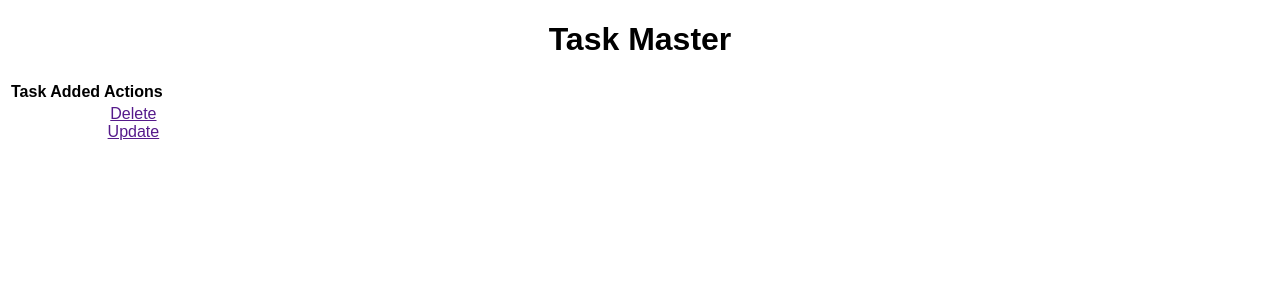
Repository: AnkurDevv/PythonFlask-TaskMaster
Page: http://localhost/
These files come from the project's save history. The page is drawn as it stood at one moment and after the next save; the edit follows.
The browser window is 1280 px wide. The pictures show the whole page.
The page is served by the project's application, run on Flask 3 (app.py).

Above is the page before, as saved 2020-02-24 16:02:20.

### templates/index.html
{% extends 'base.html' %}

{% block head %}

{% endblock %}

{% block body %}
<div class="content" style="text-align: center">
  <h1>Task Master</h1>

  <table style="text-align: center">
    <tr>
      <th>Task</th>
      <th>Added</th>
      <th>Actions</th>
    </tr>
    <tr>
      <td></td>
      <td></td>
      <td>
        <a href="">Delete</a>
        <br>
        <a href="">Update</a>
      </td>
    </tr>
  </table>
</div>
{% endblock %}

### templates/base.html
<!DOCTYPE html>
<html lang="en">

<head>
  <meta charset="UTF-8">
  <meta name="viewport" content="width=device-width, initial-scale=1.0">
  <meta http-equiv="X-UA-Compatible" content="ie=edge">
  <link rel="stylesheet" href="{{ url_for('static',filename='css/main.css') }}">
  {% block head %}{% endblock %}
</head>

<body>
  {% block body %}

  {% endblock %}
</body>

</html>

### app.py
from flask import Flask, render_template, url_for
from flask_sqlalchemy import SQLAlchemy
from datetime import datetime

app = Flask(__name__)
app.config['SQLALCHEMY_DATABASE_URI'] = 'sqlite:///test.db'
db = SQLAlchemy(app)


class Todo(db.Model):
    id = db.Column(db.Integer, primary_key=True)
    content = db.Column(db.String(200), nullable=False)
    date_created = db.Column(db.DateTime, default=datetime.utcnow)

    def __repr__(self):
        return '<Task %r>' % self.id

# Notice how you define route in python
@app.route('/')
def index():
    return render_template('index.html')


# MAIN PROGRAM START
if __name__ == "__main__":
    app.run(debug=True)

### static/css/main.css
body{
  font-family: sans-serif;
  text-align: center;
}

.content{
  text-align: center;
}

After the next save:
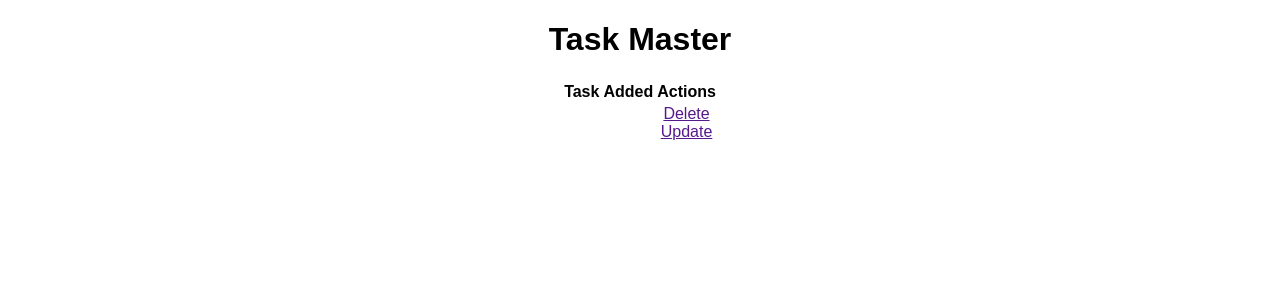
Saved 47 s later.
--- a/templates/index.html
+++ b/templates/index.html
@@ -8,7 +8,7 @@
 <div class="content" style="text-align: center">
   <h1>Task Master</h1>
 
-  <table style="text-align: center">
+  <table style="margin:0 auto;">
     <tr>
       <th>Task</th>
       <th>Added</th>
